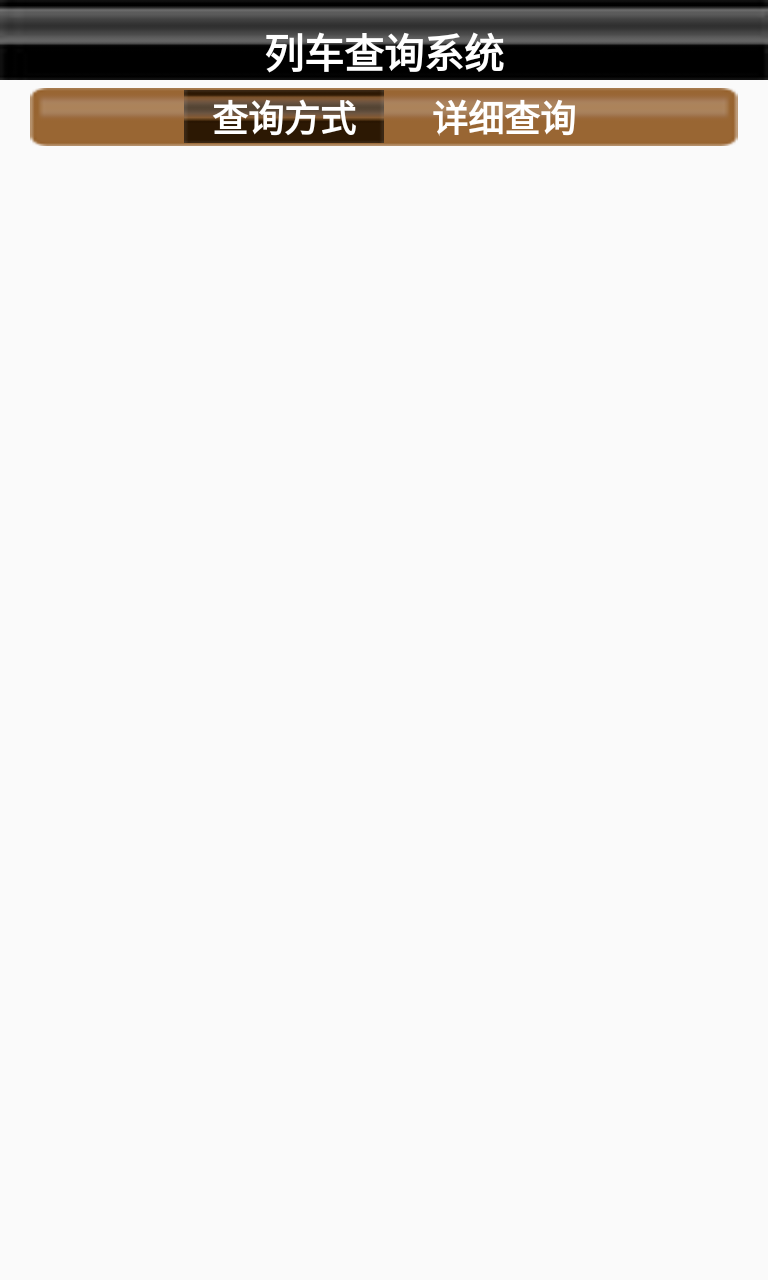
Repository: gogolaile/CoolWeather
Layout: Train_Qurey/res/layout/activity_main.xml
These files come from the project's save history. The layout is drawn as it stood at one moment and after the next save; the edit follows.
It is drawn on a 768 x 1280 px phone screen (xhdpi) without system bars, with theme AppTheme; the app's code is not run.

Above is the layout before, as saved 2015-11-28 07:24:50.

After the next save:
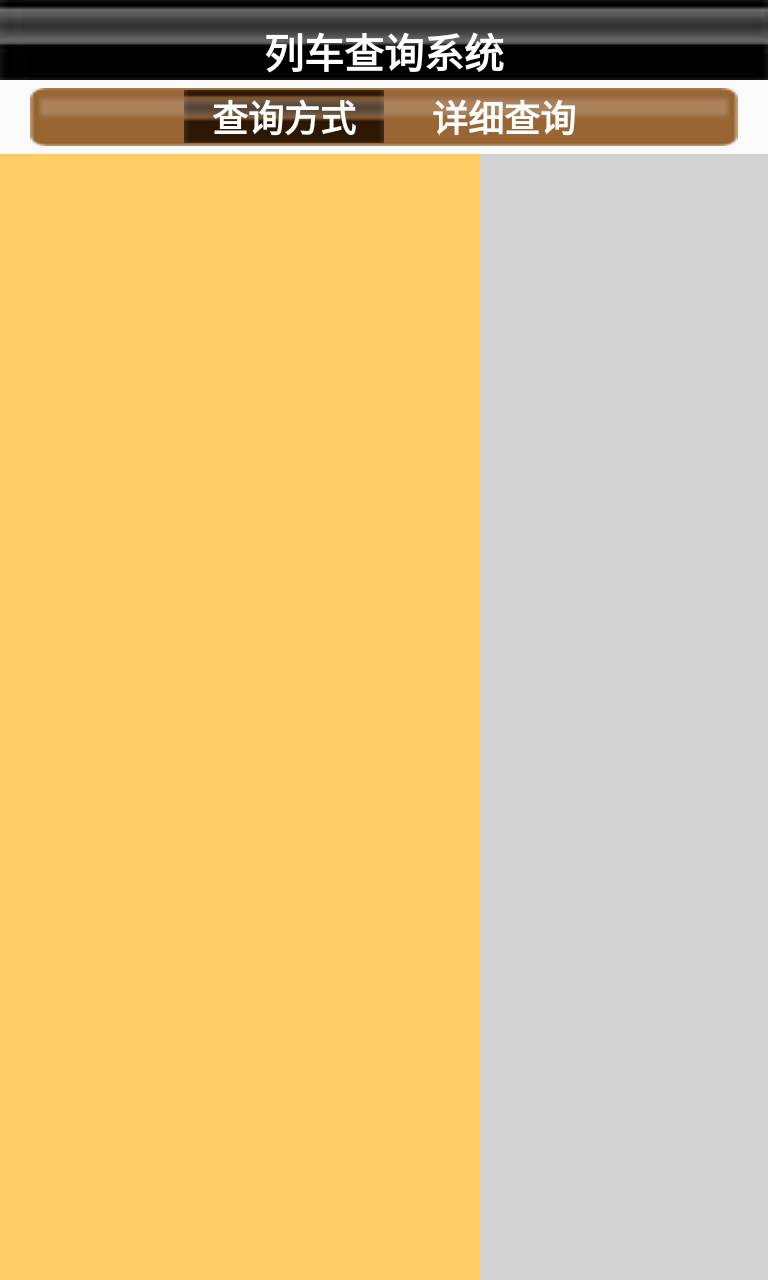
Saved 6 min 2 s later.
--- a/Train_Qurey/res/layout/activity_main.xml
+++ b/Train_Qurey/res/layout/activity_main.xml
@@ -46,5 +46,20 @@
        android:gravity="center"
        android:layout_marginLeft="10dip"/>
 </LinearLayout>
+<LinearLayout
+    android:orientation="horizontal"
+    android:layout_width="match_parent"
+    android:layout_height="match_parent">
+   <TableLayout
+       android:layout_width="0dp"
+       android:layout_height="match_parent"
+       android:background="#FFCC66"
+       android:layout_weight="5"></TableLayout>
+   <ImageView
+       android:layout_width="0dp"
+       android:layout_height="match_parent"
+       android:layout_weight="3"
+       android:background="#3333"/>
+</LinearLayout>
 
 </LinearLayout>
